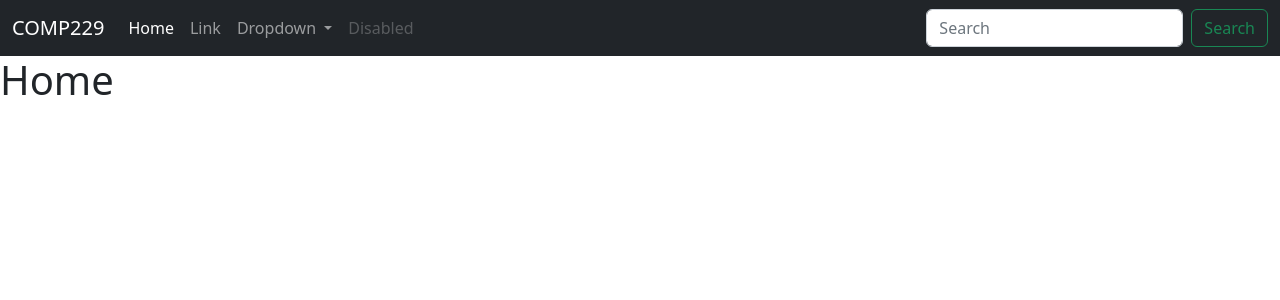
Repository: BlessingAjiboye/WEEK3SECNNN
Page: http://localhost/
The author's editor kept a copy of each file at every save. The page is drawn from the files as they stood at one save, then again after the next save.
The browser window is 1280 px wide. The pictures show the whole page.
The page is served by the project's Node server (server.js).

Above is the page before, as saved 2022-09-22 09:28:55.

After the next save:
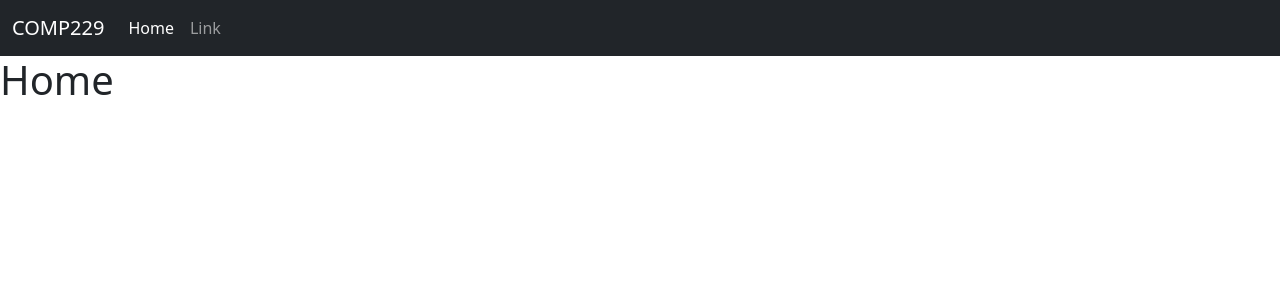
Saved 2 min 58 s later.
--- a/views/index.ejs
+++ b/views/index.ejs
@@ -24,25 +24,7 @@
           <li class="nav-item">
             <a class="nav-link" href="#">Link</a>
           </li>
-          <li class="nav-item dropdown">
-            <a class="nav-link dropdown-toggle" href="#" role="button" data-bs-toggle="dropdown" aria-expanded="false">
-              Dropdown
-            </a>
-            <ul class="dropdown-menu">
-              <li><a class="dropdown-item" href="#">Action</a></li>
-              <li><a class="dropdown-item" href="#">Another action</a></li>
-              <li><hr class="dropdown-divider"></li>
-              <li><a class="dropdown-item" href="#">Something else here</a></li>
-            </ul>
-          </li>
-          <li class="nav-item">
-            <a class="nav-link disabled">Disabled</a>
-          </li>
-        </ul>
-        <form class="d-flex" role="search">
-          <input class="form-control me-2" type="search" placeholder="Search" aria-label="Search">
-          <button class="btn btn-outline-success" type="submit">Search</button>
-        </form>
+
       </div>
     </div>
   </nav>
